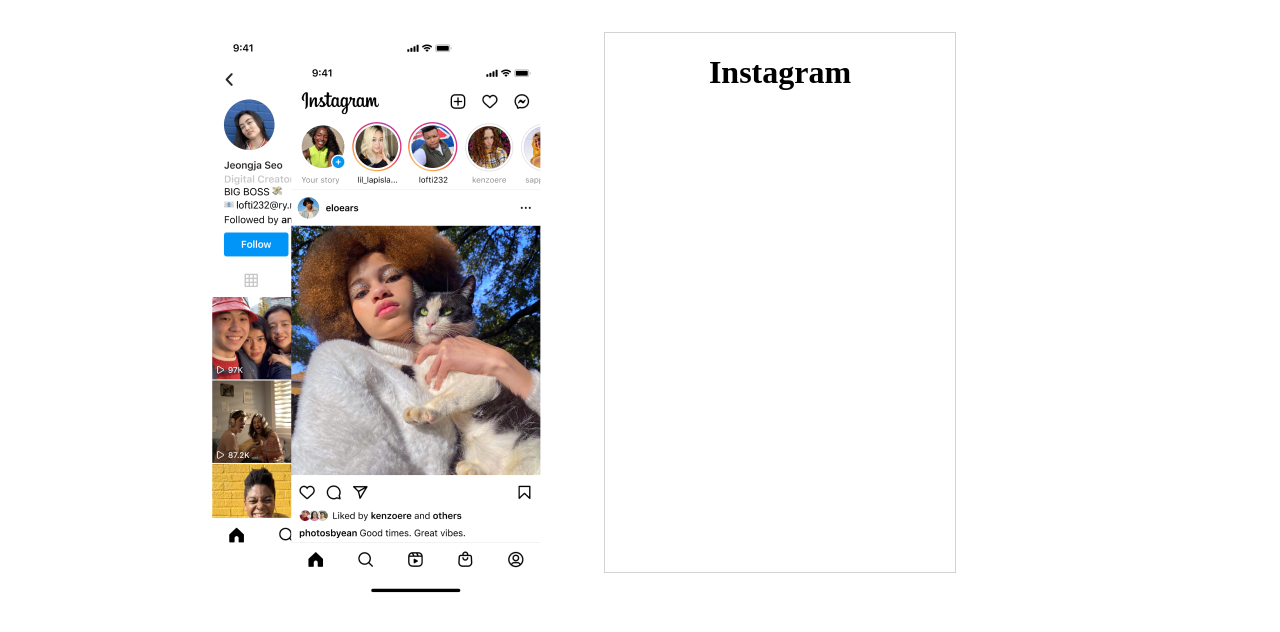
Repository: Harjot00/Wevdev
Page: instagram login page/login.html
These files come from the project's save history. The page is drawn as it stood at one moment and after the next save; the edit follows.
The browser window is 1280 px wide. The pictures show the whole page.
Some web fonts or font styles are not loaded; a fallback is used.

Above is the page before, as saved 2022-04-03 12:18:41.

After the next save:
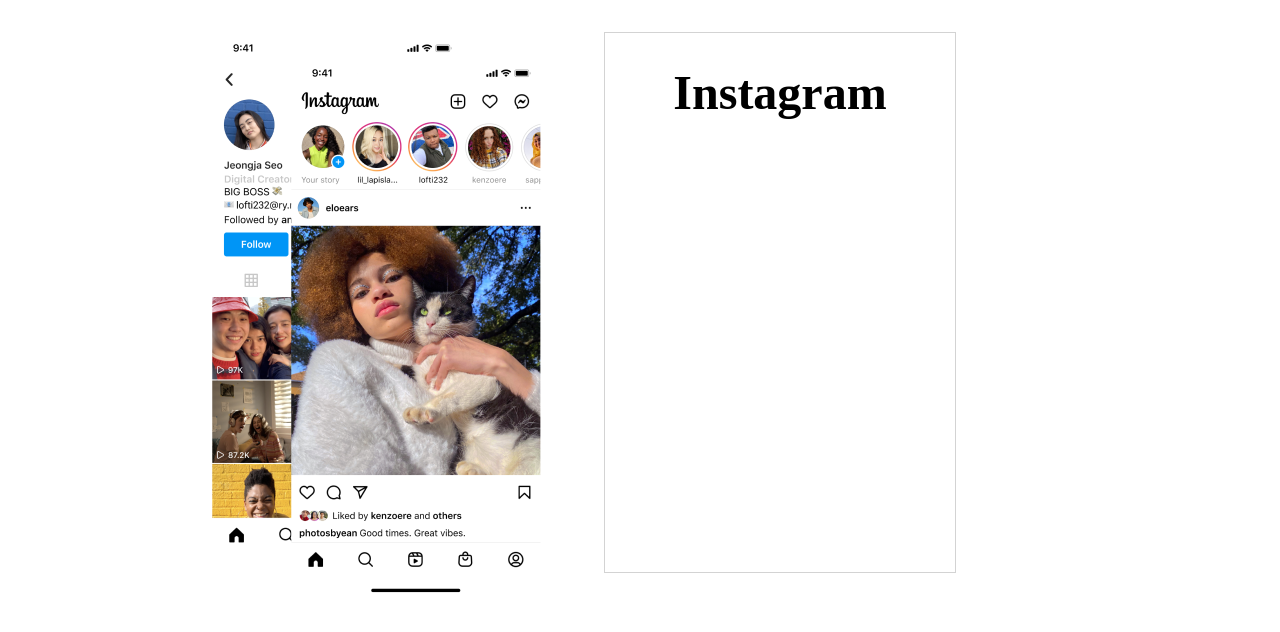
Saved 9 s later.
--- a/instagram login page/login.css
+++ b/instagram login page/login.css
@@ -23,5 +23,5 @@
 }
 h1{
     font-family: 'Send Flowers', cursive;
-    font-size:32px;
+    font-size:48px;
 }
